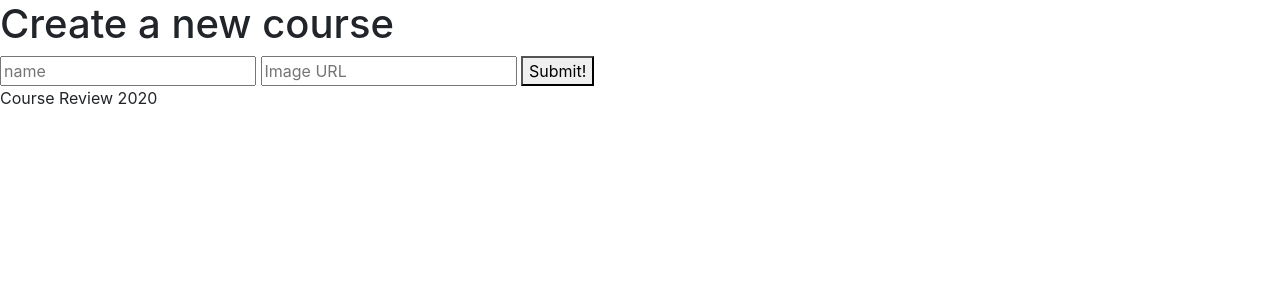
Repository: codewangg/CourseReview
Page: http://localhost/courses/new
The author's editor kept a copy of each file at every save. The page is drawn from the files as they stood at one save, then again after the next save.
The browser window is 1280 px wide. The pictures show the whole page.
The page is served by the project's Node server (app.js).

Above is the page before, as saved 2020-08-15 16:43:16.

After the next save:
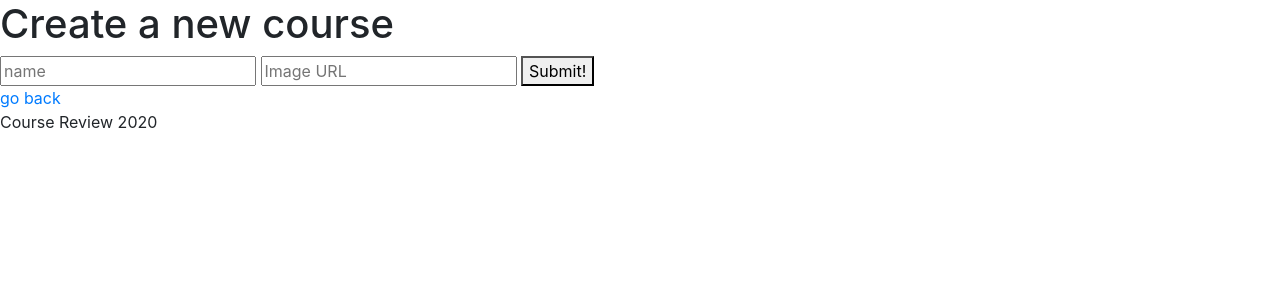
Saved 48 s later.
--- a/views/new.ejs
+++ b/views/new.ejs
@@ -6,4 +6,6 @@
     <button>Submit!</button>
 </form>
 
+<a href="/courses">go back</a>
+
 <%- include('partials/footer')%>
